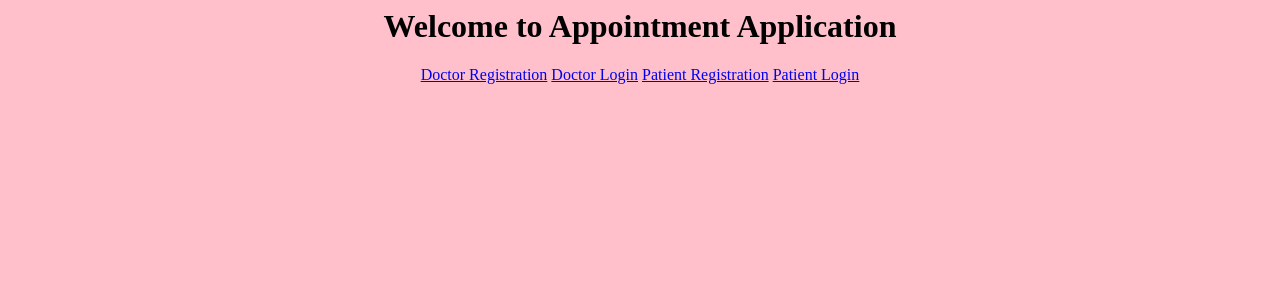
Repository: SrinidhiMiryala/MyRepository
Page: Servlets/src/main/webapp/index.html
The author's editor kept a copy of each file at every save. The page is drawn from the files as they stood at one save, then again after the next save.
The browser window is 1280 px wide. The pictures show the whole page.

Above is the page before, as saved 2022-10-02 23:41:59.

After the next save:
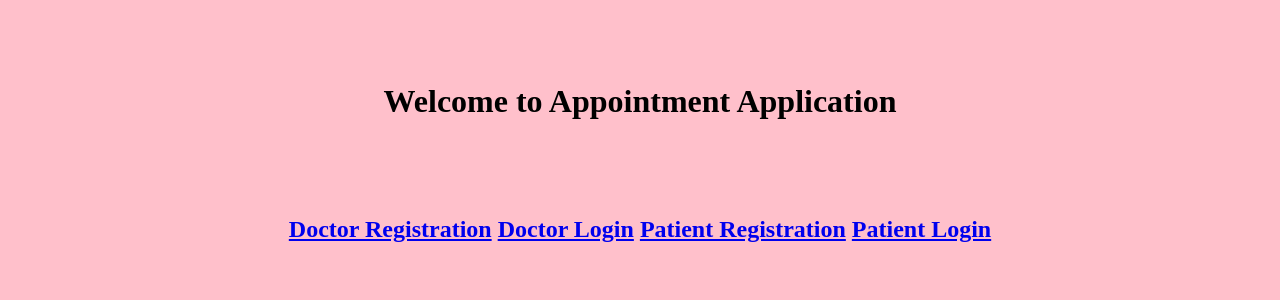
Saved 5 min 39 s later.
--- a/Servlets/src/main/webapp/index.html
+++ b/Servlets/src/main/webapp/index.html
@@ -1,15 +1,20 @@
 
 <html>
 
-<body bgcolor="pink" align="center">
+<body bgcolor="pink">
+<br><br><br>
+
 	<h1 align="center">Welcome to Appointment Application</h1>
-	<a href="doctor_register.html">Doctor Registration</a>
+	<br><br><br>
+
+	<h2 align="center"><a href="doctor_register.html">Doctor Registration</a>
 
 	<a href="doctor_login.html">Doctor Login</a>
 
 	<a href="patient_register.html">Patient Registration</a>
 
 	<a href="patient_login.html">Patient Login</a>
+    </h2>
 
 </body>
 </html>
